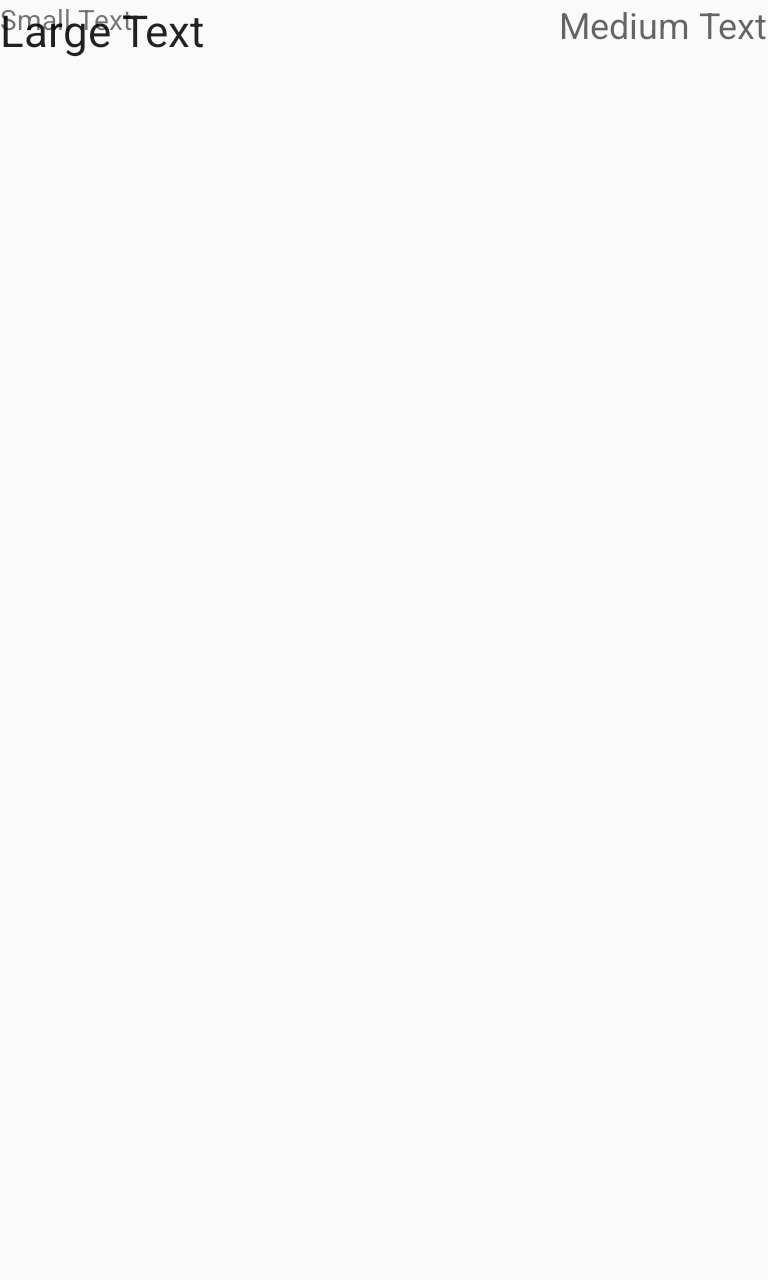
Repository: satishagarwal90/Yamba
Layout: Yamba/res/layout/row.xml
The author's editor kept a copy of each file at every save. The layout is drawn from the files as they stood at one save, then again after the next save.
It is drawn on a 768 x 1280 px phone screen (xhdpi) without system bars, with theme AppTheme; the app's code is not run.

Above is the layout before, as saved 2014-06-27 11:36:41.

### Yamba/res/layout/row.xml
<?xml version="1.0" encoding="utf-8"?>
<RelativeLayout xmlns:android="http://schemas.android.com/apk/res/android"
    android:layout_width="match_parent"
    android:layout_height="match_parent" >

    <TextView
        android:id="@+id/textUsername"
        android:layout_width="wrap_content"
        android:layout_height="wrap_content"
        android:layout_alignParentLeft="true"
        android:layout_alignParentTop="true"
        android:text="Large Text"
        android:textAppearance="?android:attr/textAppearanceLarge" />

    <TextView
        android:id="@+id/textDetails"
        android:layout_width="wrap_content"
        android:layout_height="wrap_content"
        android:layout_alignParentRight="true"
        android:layout_alignParentTop="true"
        android:text="Medium Text"
        android:textAppearance="?android:attr/textAppearanceMedium" />

    <TextView
        android:id="@+id/textTweet"
        android:layout_width="wrap_content"
        android:layout_height="wrap_content"
        android:layout_alignParentLeft="true"
        android:layout_below="@+id/textView1"
        android:text="Small Text"
        android:textAppearance="?android:attr/textAppearanceSmall" />

</RelativeLayout>

### Yamba/res/values/styles.xml
<resources>

    <!--
        Base application theme, dependent on API level. This theme is replaced
        by AppBaseTheme from res/values-vXX/styles.xml on newer devices.
    -->
    <style name="AppBaseTheme" parent="Theme.AppCompat.Light">
        <!--
            Theme customizations available in newer API levels can go in
            res/values-vXX/styles.xml, while customizations related to
            backward-compatibility can go here.
        -->
    </style>

    <!-- Application theme. -->
    <style name="AppTheme" parent="AppBaseTheme">
        <!-- All customizations that are NOT specific to a particular API-level can go here. -->
    </style>

    <style name="styleTitle" parent="android:Widget.Holo.Light.TextView">
        <item name="android:padding">15dp</item>
        <item name="android:textAppearance">?android:attr/textAppearanceLarge</item>
        <item name="android:layout_width">wrap_content</item>
        <item name="android:layout_height">wrap_content</item>
        <item name="android:layout_gravity">center_horizontal</item>
    </style>
</resources>

Loaded but not shown: Yamba/res/values-v11/styles.xml (common file); Yamba/res/values-v14/styles.xml (common file)

After the next save:
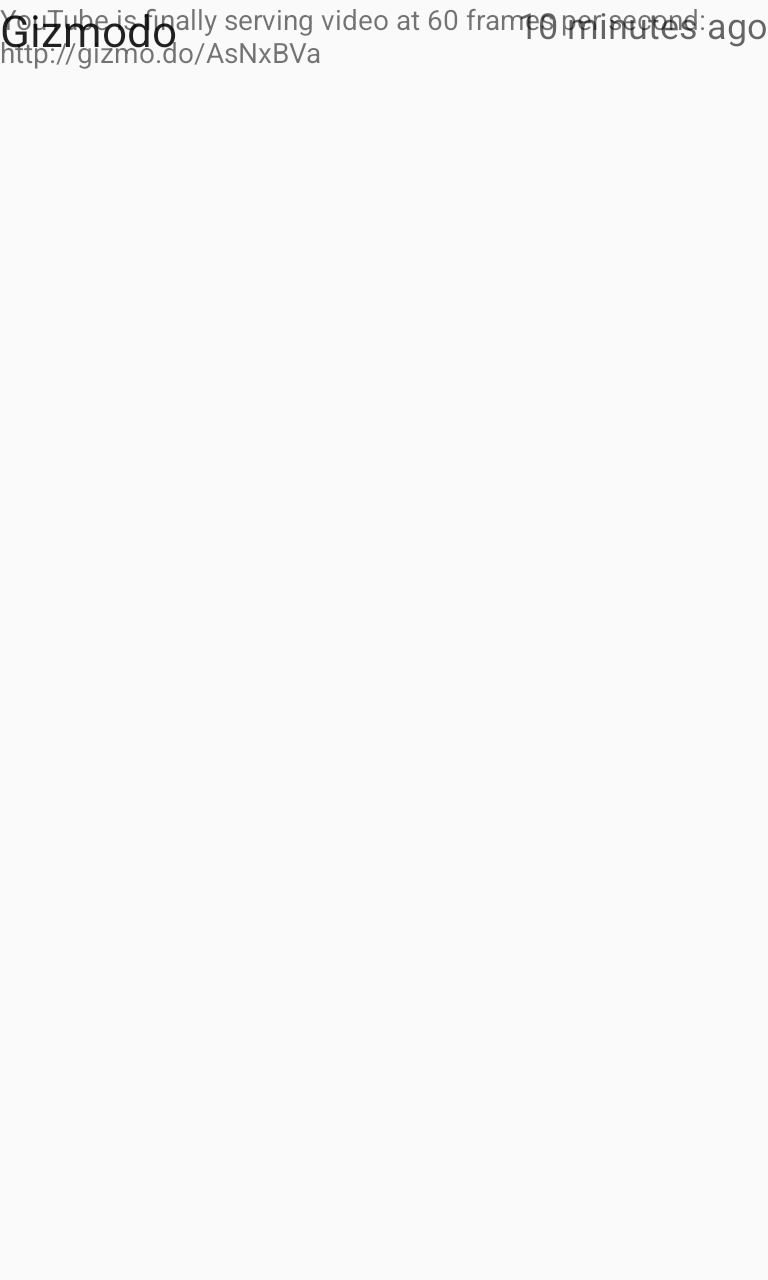
Saved 66 s later.
--- a/Yamba/res/layout/row.xml
+++ b/Yamba/res/layout/row.xml
@@ -9,7 +9,7 @@
         android:layout_height="wrap_content"
         android:layout_alignParentLeft="true"
         android:layout_alignParentTop="true"
-        android:text="Large Text"
+        android:text="Gizmodo"
         android:textAppearance="?android:attr/textAppearanceLarge" />
 
     <TextView
@@ -18,7 +18,7 @@
         android:layout_height="wrap_content"
         android:layout_alignParentRight="true"
         android:layout_alignParentTop="true"
-        android:text="Medium Text"
+        android:text="10 minutes ago"
         android:textAppearance="?android:attr/textAppearanceMedium" />
 
     <TextView
@@ -27,7 +27,7 @@
         android:layout_height="wrap_content"
         android:layout_alignParentLeft="true"
         android:layout_below="@+id/textView1"
-        android:text="Small Text"
+        android:text="YouTube is finally serving video at 60 frames per second: http://gizmo.do/AsNxBVa"
         android:textAppearance="?android:attr/textAppearanceSmall" />
 
 </RelativeLayout>
